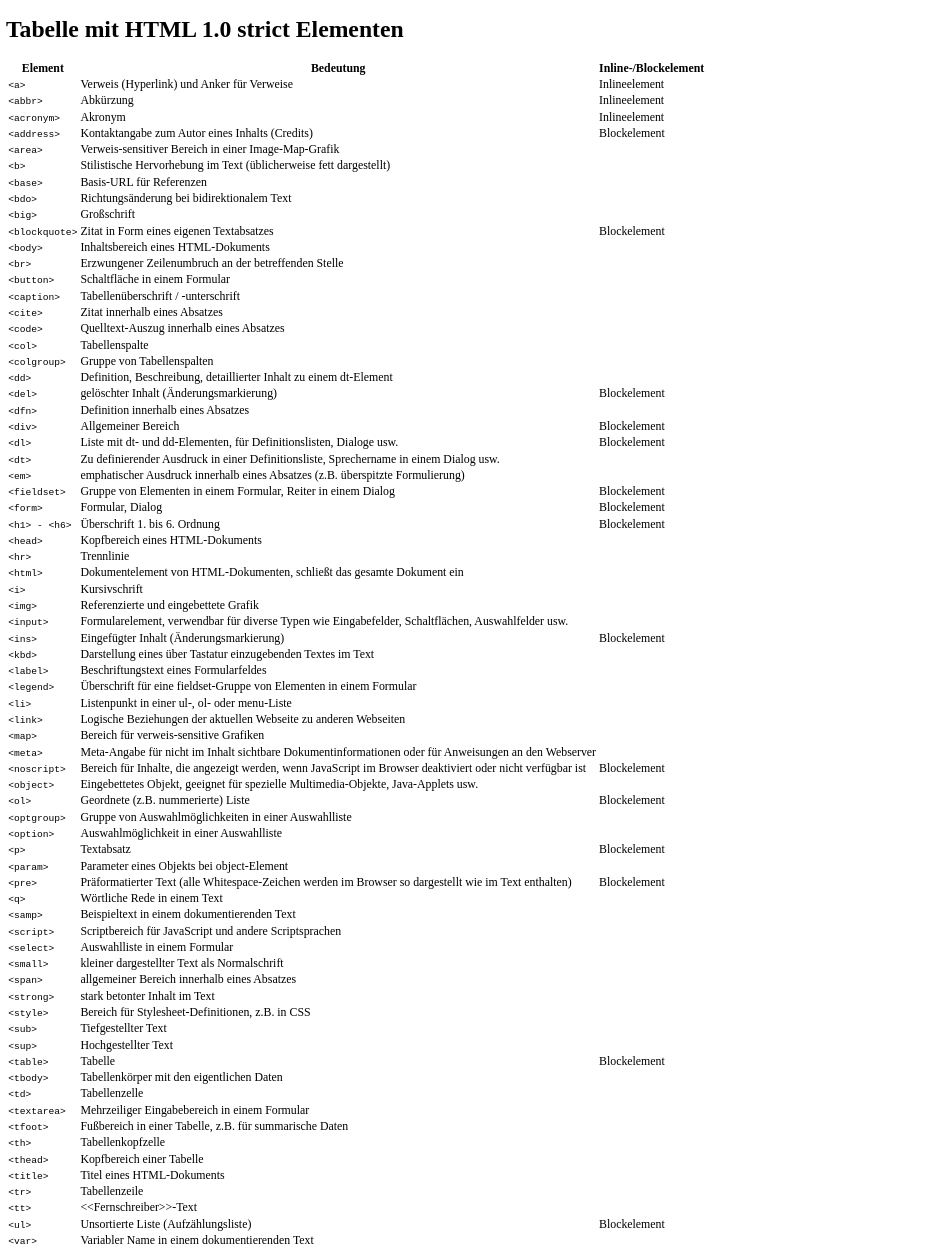
Repository: pLurchi/MyWebengineeringRepo
Page: RemoteSystemsTempFiles/HA-Kapitel06/WebContent/index.html
These files come from the project's save history. The page is drawn as it stood at one moment and after the next save; the edit follows.
The browser window is 1280 px wide. The pictures show the whole page, at 74% of full size.

Above is the page before, as saved 2013-11-28 17:26:30.

After the next save:
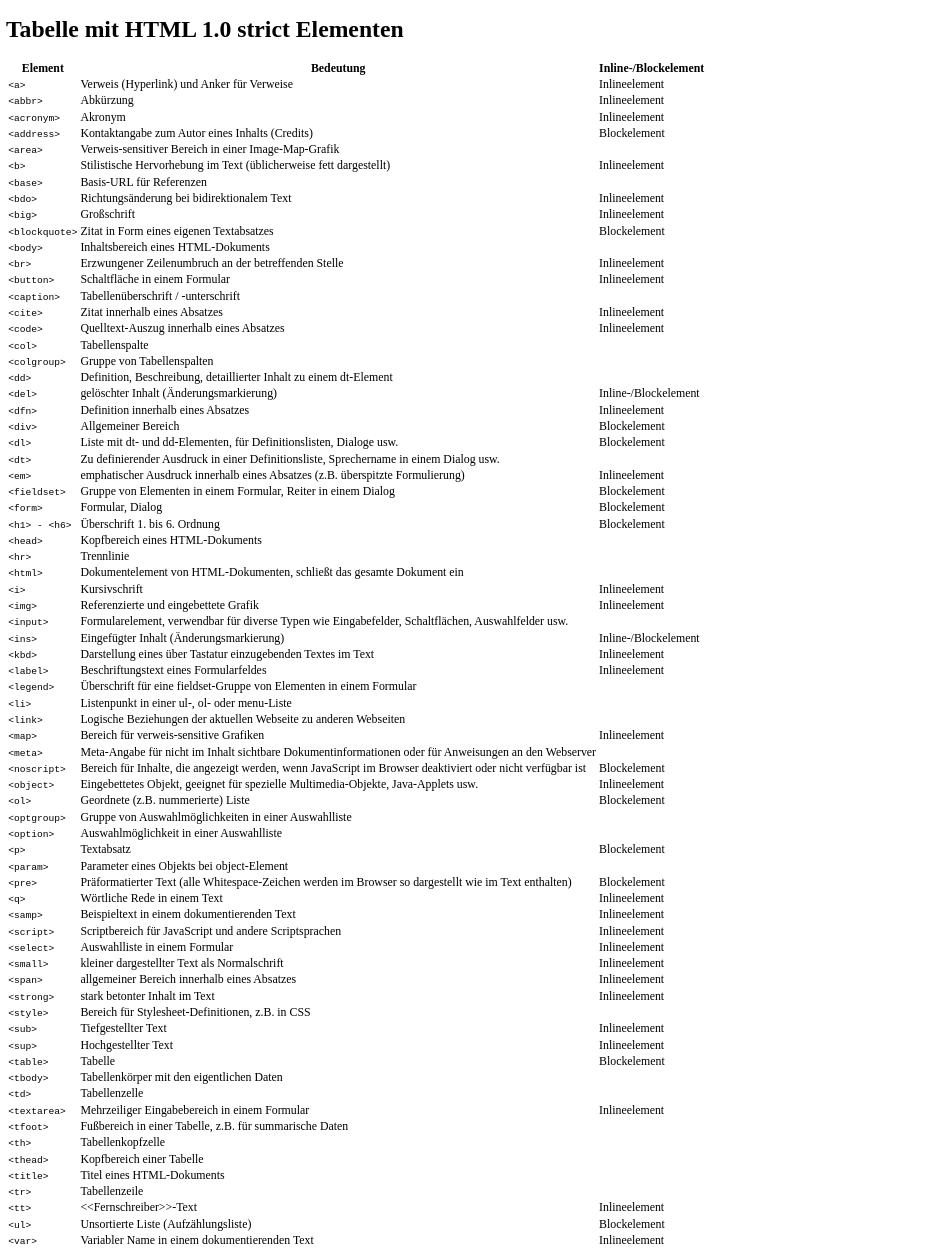
Saved 3 min 10 s later.
--- a/RemoteSystemsTempFiles/HA-Kapitel06/WebContent/index.html
+++ b/RemoteSystemsTempFiles/HA-Kapitel06/WebContent/index.html
@@ -43,6 +43,7 @@
 		<tr>
 			<td><tt>&lt;b&gt;</tt></td>
 			<td>Stilistische Hervorhebung im Text (üblicherweise fett dargestellt)</td>
+			<td>Inlineelement</td>
 		</tr>
 		<tr>
 			<td><tt>&lt;base&gt;</tt></td>
@@ -51,10 +52,12 @@
 		<tr>
 			<td><tt>&lt;bdo&gt;</tt></td>
 			<td>Richtungsänderung bei bidirektionalem Text</td>
+			<td>Inlineelement</td>
 		</tr>
 		<tr>
 			<td><tt>&lt;big&gt;</tt></td>
 			<td>Großschrift</td>
+			<td>Inlineelement</td>
 		</tr>
 		<tr>
 			<td><tt>&lt;blockquote&gt;</tt></td>
@@ -68,10 +71,12 @@
 		<tr>
 			<td><tt>&lt;br&gt;</tt></td>
 			<td>Erzwungener Zeilenumbruch an der betreffenden Stelle</td>
+			<td>Inlineelement</td>
 		</tr>
 		<tr>
 			<td><tt>&lt;button&gt;</tt></td>
 			<td>Schaltfläche in einem Formular</td>
+			<td>Inlineelement</td>
 		</tr>
 		<tr>
 			<td><tt>&lt;caption&gt;</tt></td>
@@ -80,10 +85,12 @@
 		<tr>
 			<td><tt>&lt;cite&gt;</tt></td>
 			<td>Zitat innerhalb eines Absatzes</td>
+			<td>Inlineelement</td>
 		</tr>
 		<tr>
 			<td><tt>&lt;code&gt;</tt></td>
 			<td>Quelltext-Auszug innerhalb eines Absatzes</td>
+			<td>Inlineelement</td>
 		</tr>
 		<tr>
 			<td><tt>&lt;col&gt;</tt></td>
@@ -100,11 +107,12 @@
 		<tr>
 			<td><tt>&lt;del&gt;</tt></td>
 			<td>gelöschter Inhalt (Änderungsmarkierung)</td>
-			<td>Blockelement</td>
+			<td>Inline-/Blockelement</td>
 		</tr>
 		<tr>
 			<td><tt>&lt;dfn&gt;</tt></td>
 			<td>Definition innerhalb eines Absatzes</td>
+			<td>Inlineelement</td>
 		</tr>
 		<tr>
 			<td><tt>&lt;div&gt;</tt></td>
@@ -123,6 +131,7 @@
 		<tr>
 			<td><tt>&lt;em&gt;</tt></td>
 			<td>emphatischer Ausdruck innerhalb eines Absatzes (z.B. überspitzte Formulierung)</td>
+			<td>Inlineelement</td>
 		</tr>
 		<tr>
 			<td><tt>&lt;fieldset&gt;</tt></td>
@@ -154,10 +163,12 @@
 		<tr>
 			<td><tt>&lt;i&gt;</tt></td>
 			<td>Kursivschrift</td>
+			<td>Inlineelement</td>
 		</tr>
 		<tr>
 			<td><tt>&lt;img&gt;</tt></td>
 			<td>Referenzierte und eingebettete Grafik</td>
+			<td>Inlineelement</td>
 		</tr>
 		<tr>
 			<td><tt>&lt;input&gt;</tt></td>
@@ -166,15 +177,17 @@
 		<tr>
 			<td><tt>&lt;ins&gt;</tt></td>
 			<td>Eingefügter Inhalt (Änderungsmarkierung)</td>
-			<td>Blockelement</td>
+			<td>Inline-/Blockelement</td>
 		</tr>
 		<tr>
 			<td><tt>&lt;kbd&gt;</tt></td>
 			<td>Darstellung eines über Tastatur einzugebenden Textes im Text</td>
+			<td>Inlineelement</td>
 		</tr>
 		<tr>
 			<td><tt>&lt;label&gt;</tt></td>
 			<td>Beschriftungstext eines Formularfeldes</td>
+			<td>Inlineelement</td>
 		</tr>
 		<tr>
 			<td><tt>&lt;legend&gt;</tt></td>
@@ -191,6 +204,7 @@
 		<tr>
 			<td><tt>&lt;map&gt;</tt></td>
 			<td>Bereich für verweis-sensitive Grafiken</td>
+			<td>Inlineelement</td>
 		</tr>
 		<tr>
 			<td><tt>&lt;meta&gt;</tt></td>
@@ -204,6 +218,7 @@
 		<tr>
 			<td><tt>&lt;object&gt;</tt></td>
 			<td>Eingebettetes Objekt, geeignet für spezielle Multimedia-Objekte, Java-Applets usw.</td>
+			<td>Inlineelement</td>
 		</tr>
 		<tr>
 			<td><tt>&lt;ol&gt;</tt></td>
@@ -235,30 +250,37 @@
 		<tr>
 			<td><tt>&lt;q&gt;</tt></td>
 			<td>Wörtliche Rede in einem Text</td>
+			<td>Inlineelement</td>
 		</tr>
 		<tr>
 			<td><tt>&lt;samp&gt;</tt></td>
 			<td>Beispieltext in einem dokumentierenden Text</td>
+			<td>Inlineelement</td>
 		</tr>
 		<tr>
 			<td><tt>&lt;script&gt;</tt></td>
 			<td>Scriptbereich für JavaScript und andere Scriptsprachen</td>
+			<td>Inlineelement</td>
 		</tr>
 		<tr>
 			<td><tt>&lt;select&gt;</tt></td>
 			<td>Auswahlliste in einem Formular</td>
+			<td>Inlineelement</td>
 		</tr>
 		<tr>
 			<td><tt>&lt;small&gt;</tt></td>
 			<td>kleiner dargestellter Text als Normalschrift</td>
+			<td>Inlineelement</td>
 		</tr>
 		<tr>
 			<td><tt>&lt;span&gt;</tt></td>
 			<td>allgemeiner Bereich innerhalb eines Absatzes</td>
+			<td>Inlineelement</td>
 		</tr>
 		<tr>
 			<td><tt>&lt;strong&gt;</tt></td>
 			<td>stark betonter Inhalt im Text</td>
+			<td>Inlineelement</td>
 		</tr>
 		<tr>
 			<td><tt>&lt;style&gt;</tt></td>
@@ -267,10 +289,12 @@
 		<tr>
 			<td><tt>&lt;sub&gt;</tt></td>
 			<td>Tiefgestellter Text</td>
+			<td>Inlineelement</td>
 		</tr>
 		<tr>
 			<td><tt>&lt;sup&gt;</tt></td>
 			<td>Hochgestellter Text</td>
+			<td>Inlineelement</td>
 		</tr>
 		<tr>
 			<td><tt>&lt;table&gt;</tt></td>
@@ -288,6 +312,7 @@
 		<tr>
 			<td><tt>&lt;textarea&gt;</tt></td>
 			<td>Mehrzeiliger Eingabebereich in einem Formular</td>
+			<td>Inlineelement</td>
 		</tr>
 		<tr>
 			<td><tt>&lt;tfoot&gt;</tt></td>
@@ -312,6 +337,7 @@
 		<tr>
 			<td><tt>&lt;tt&gt;</tt></td>
 			<td>&lt;&lt;Fernschreiber&gt;&gt;-Text</td>
+			<td>Inlineelement</td>
 		</tr>
 		<tr>
 			<td><tt>&lt;ul&gt;</tt></td>
@@ -321,6 +347,7 @@
 		<tr>
 			<td><tt>&lt;var&gt;</tt></td>
 			<td>Variabler Name in einem dokumentierenden Text</td>
+			<td>Inlineelement</td>
 		</tr>
 	</table>
 
